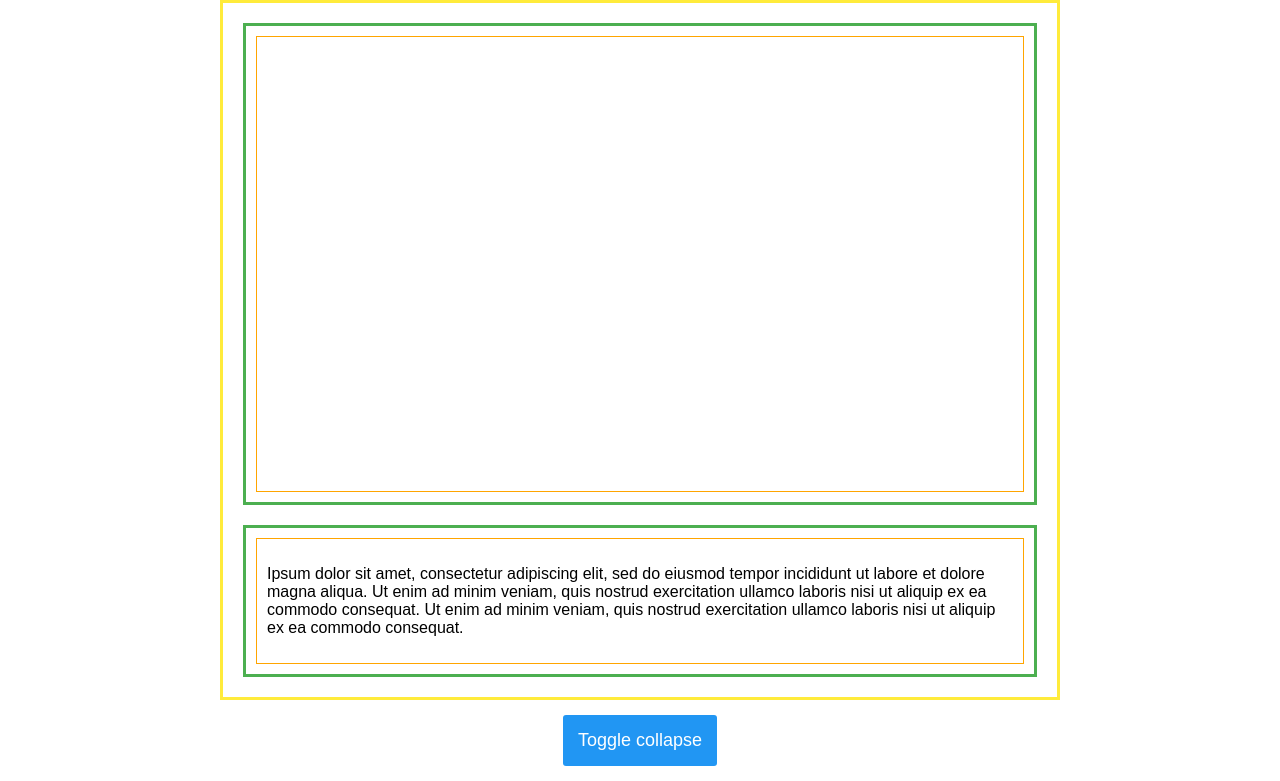
Repository: dsbarnes/groovy-blog
Page: index.html
The author's editor kept a copy of each file at every save. The page is drawn from the files as they stood at one save, then again after the next save.
The browser window is 1280 px wide. The pictures show the whole page.
After loading, the first visible `#toggle-button` was clicked once.
The style sheet was rebuilt from its Sass, Less or Tailwind sources for each picture, by a compiler version that may differ from the author's.

Above is the page before, as saved 2020-05-09 13:01:14.

### index.html
<!DOCTYPE html>
<html lang="en">

<head>
    <meta charset="UTF-8">
    <meta name="viewport" content="width=device-width, initial-scale=1.0">
    <title>Document</title>
    <link rel="stylesheet" href="./CSS/style.css">
</head>

<body>

    <div class="container">
        <!-- Section one -->
        <div class="section-one">
            <div class='double-border'>

                <div id='about-section-text'>
                    <p>This is the about section</p>
                </div>

                <div id='articles-section-text'></div>

            </div>
        </div>

        <!-- Section two -->
        <div class="section-two collapsible">
            <div class='double-border collapsible'>
                <p>Lorem ipsum dolor sit amet, consectetur adipiscing elit, sed do eiusmod tempor incididunt ut labore
                    et
                    dolore
                    magna aliqua.</p>
            </div>
        </div>

        <!-- Section three -->
        <div class="section-three">
            <div class="double-border">
                <p>Ipsum dolor sit amet, consectetur adipiscing elit, sed do eiusmod tempor incididunt ut labore et
                    dolore
                    magna
                    aliqua. Ut enim ad minim veniam, quis nostrud exercitation ullamco laboris nisi ut aliquip ex ea
                    commodo
                    consequat. Ut enim ad minim veniam, quis nostrud exercitation ullamco laboris nisi ut aliquip ex ea
                    commodo
                    consequat.</p>
            </div>
        </div>

    </div><!-- container -->

    <button id="toggle-button">Toggle collapse</button>

    <script type=module src="index.js"></script>
</body>

</html>

### index.js
import articles from './components/articles.js'
import repos from './components/repos.js'

import articlesData from './siteData/articles.js'
import backendData from './siteData/backEnd.js'
import frontendData from './siteData/frontEnd.js'
import fullstackData from './siteData/fullStack.js'

document.querySelector('#toggle-button')
    .addEventListener('click',
        function () {

            const aboutText = document.getElementById('about-section-text')
            aboutText.style.display = 'none'

            const sectionTextArea = document.getElementById('articles-section-text')

            console.log(frontendData)
            for (const key in Object.keys(frontendData)) {
                const element = document.createElement('p')
                element.classList.add('fade-in')
                element.innerHTML = frontendData[key]
                sectionTextArea.appendChild(element)
            }

            // Add overflow: scroll
            document.querySelector('.section-one')
                .classList.toggle('collapsed')

            // Shrinks and fades out the middle box
            document.querySelector('.section-two.collapsible')
                .classList.toggle('collapsed');

            // document.querySelector('.double-border.collapsible')
            //     .classList.toggle('collapsed')
        });

### components/articles.js
function modules(arr) {
    console.log('modules works')
}

export default modules

### components/repos.js
function repos(arr) {

    const root = document.getElementById('articles-section-text')

    for (const element of arr) {
        const keys = Object.keys(element)
        for (const key in keys) {
            const pTag = document.createElement('p')
            pTag.classList.add('fade-in')
            pTag.innerHTML = element[key]
            root.appendChild(pTag)
        }
    }
}

export default repos

### siteData/articles.js
const articleData = [
    {
        "Title": "Article Project One",
        "Link": "blah.com",
        "Date": "date-posted",
        "Short": "fjdklsafjdlks;fajsdl;f"
    },
    {
        "Title": "Article Project Two",
        "Link": "blah.com",
        "Date": "date-posted",
        "Short": "fjdklsafjdlks;fajsdl;f"
    },
    {
        "Title": "Article Project Three",
        "Link": "blah.com",
        "Date": "date-posted",
        "Short": "fjdklsafjdlks;fajsdl;f"
    },
    {
        "Title": "Article Project Four",
        "Link": "blah.com",
        "Date": "date-posted",
        "Short": "fjdklsafjdlks;fajsdl;f"
    },
    {
        "Title": "Article Project Five",
        "Link": "blah.com",
        "Date": "date-posted",
        "Short": "fjdklsafjdlks;fajsdl;f"
    }
]

export default articleData

### siteData/backEnd.js
const backendData = [
    {
        "Repo": "Back End Project One",
        "RepoLink": "blah.com",
        "Description": "README.md"
    },
    {
        "Repo": "Back End Project Two",
        "RepoLink": "blah.com",
        "Description": "README.md"
    },
    {
        "Repo": "Back End Project Three",
        "RepoLink": "blah.com",
        "Description": "README.md"
    },
    {
        "Repo": "Back End Project Four",
        "RepoLink": "blah.com",
        "Description": "README.md"
    },
    {
        "Repo": "Back End Project Five",
        "RepoLink": "blah.com",
        "Description": "README.md"
    }
]

export default backendData

### siteData/frontEnd.js
const frontendData = [
    {
        "Repo": "Front End Project One",
        "RepoLink": "blah.com",
        "DemoLink": "demo link",
        "Description": "README.md"
    },
    {
        "Repo": "Front End Project Two",
        "RepoLink": "blah.com",
        "DemoLink": "demo link",
        "Description": "README.md"
    },
    {
        "Repo": "Front End Project Three",
        "RepoLink": "blah.com",
        "DemoLink": "demo link",
        "Description": "README.md"
    },
    {
        "Repo": "Front End Project Four",
        "RepoLink": "blah.com",
        "DemoLink": "demo link",
        "Description": "README.md"
    },
    {
        "Repo": "Front End Project Five",
        "RepoLink": "blah.com",
        "DemoLink": "demo link",
        "Description": "README.md"
    }
]

export default frontendData

### siteData/fullStack.js
const fullstackData = [
    {
        "Repo": "Full Stack Project One",
        "RepoLink": "blah.com",
        "Description": "README.md"
    },
    {
        "Repo": "Full Stack Project Two",
        "RepoLink": "blah.com",
        "Description": "README.md"
    },
    {
        "Repo": "Full Stack Project Three",
        "RepoLink": "blah.com",
        "Description": "README.md"
    },
    {
        "Repo": "Full Stack Project Four",
        "RepoLink": "blah.com",
        "Description": "README.md"
    },
    {
        "Repo": "Full Stack Project Five",
        "RepoLink": "blah.com",
        "Description": "README.md"
    }
]

export default fullstackData

### style.scss
// This stuff matters!
.container {
  display:flex;
  flex-direction:column;
  justify-content:flex-start;

  // sadly, we're required to set at least the container height explicitly
  height:700px;
}

.section-one {
  flex:2;
  border:3px solid #4CAF50;
  margin: 10px;
  padding: 10px;
  overflow: hidden;
}
#articles-section-text{
  opacity: 0;
  transition: all, 0.6s ease;
}
#article-section-text.fade-in{
  opacity: 1;
}

.section-one.collapsed{
   overflow: hidden;
  .double-border{ overflow: scroll; }
}

.section-two {
  // note that we're transitioning flex, not height!
  transition:all 0.4s ease;
  transition-property: flex, border, margin, padding, color;
  border:3px solid #4CAF50;
  flex:1;
  overflow:hidden;
  margin: 10px;
  padding: 10px;
  color: black;
}
.section-two.collapsed {
  flex: 0;
  border: 0px solid white;
  margin: 0 200px;
  padding: 0 400px;
  color: white;
}

.section-three{
  margin: 10px;
  padding: 10px;
  border:3px solid #4CAF50;
}
.double-border{
  border: 1px solid orange;
  height: 100%;
  p{padding: 10px;}
}
.double-border.collapsed {
  border: 1px solid white;
}


// This stuff doesn't matter!
* {
  box-sizing:border-box;
}
body {
  margin:0;
  font-family:arial;
}
.container {
  border: 3px solid #FFEB3B;
  margin:0 auto;
  max-width:840px;
  padding: 10px;
}
button {
  display:block;
  font-size:18px;
  border:none;
  border-radius:3px;
  background:#2196F3;
  color:white;
  margin:15px auto;
  padding:15px;
}

After the next save:
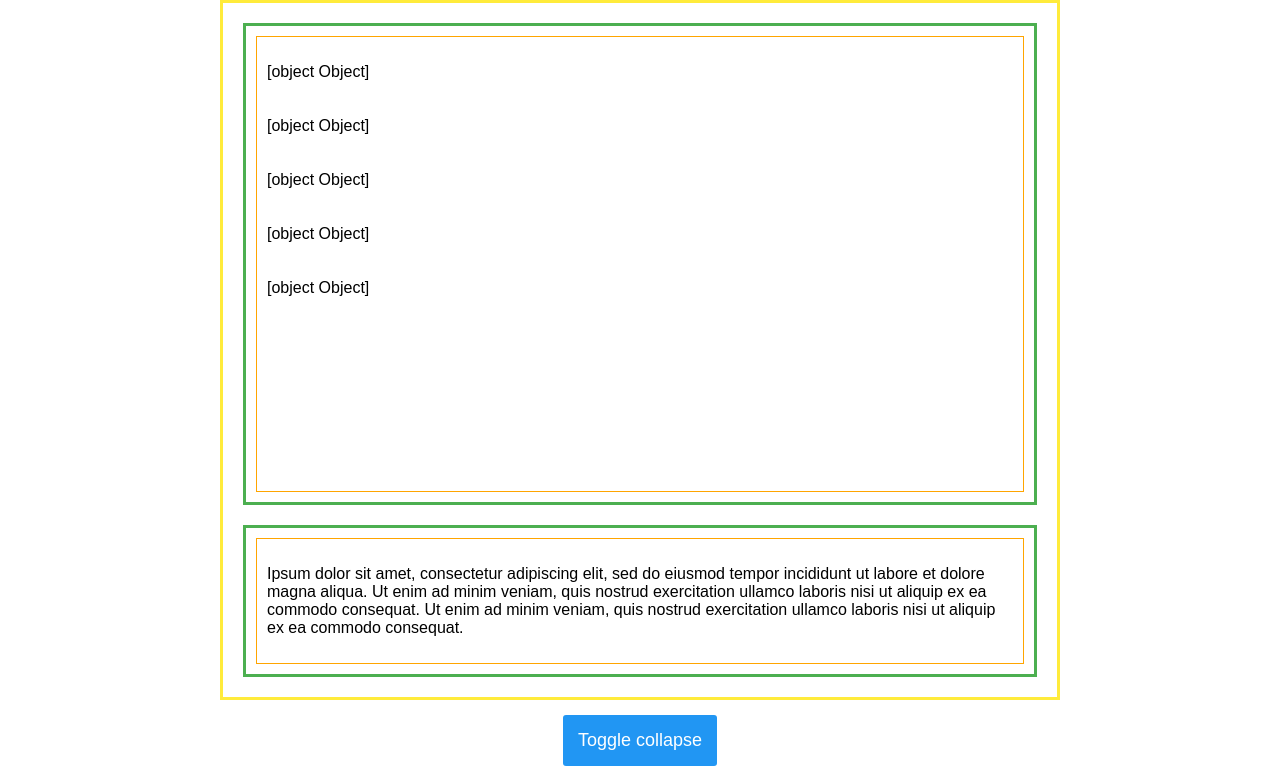
Saved 2 min 55 s later.
--- a/style.scss
+++ b/style.scss
@@ -15,13 +15,13 @@
   padding: 10px;
   overflow: hidden;
 }
-#articles-section-text{
-  opacity: 0;
-  transition: all, 0.6s ease;
-}
-#article-section-text.fade-in{
-  opacity: 1;
-}
+// #articles-section-text{
+//   opacity: 0;
+//   transition: all, 0.6s ease;
+// }
+// #article-section-text.fade-in{
+//   opacity: 1;
+// }
 
 .section-one.collapsed{
    overflow: hidden;

After the 2 saves that followed:
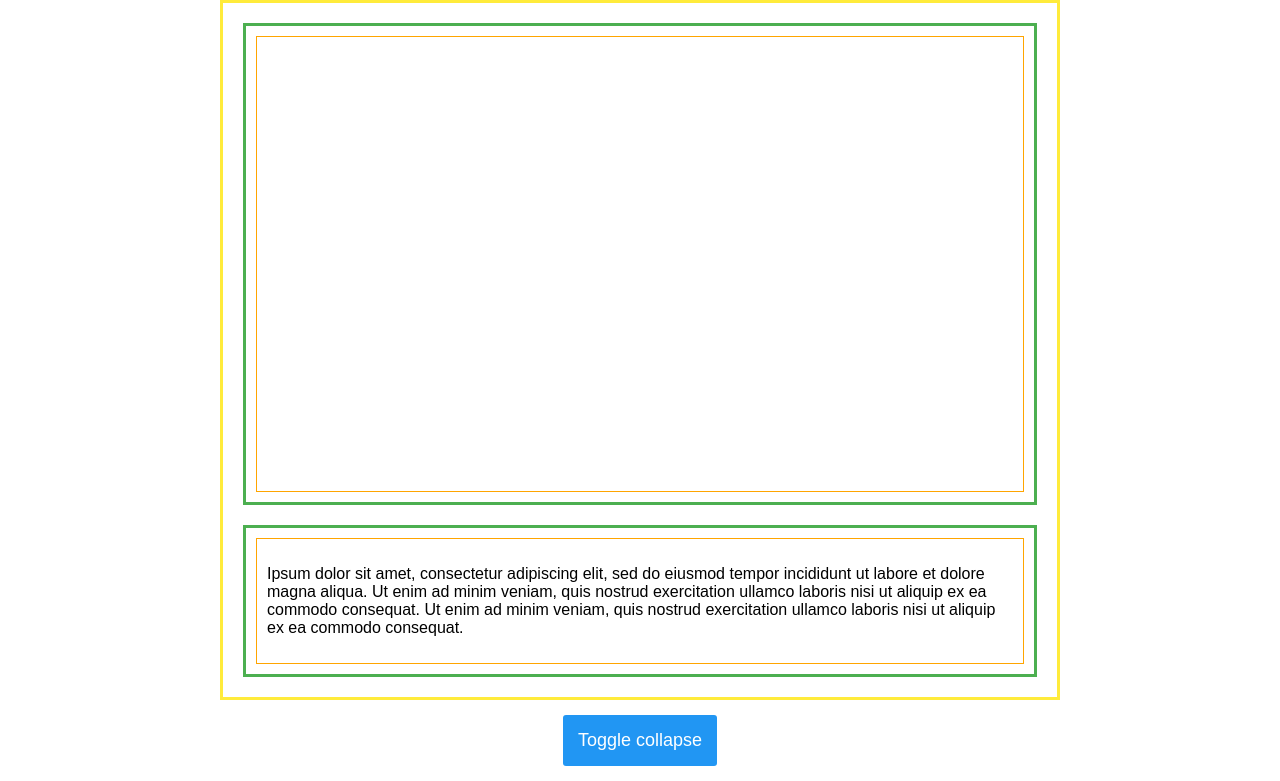
The 2 saves are shown as one change because 1 did not build or start.
The last was saved 61 s later.
--- a/style.scss
+++ b/style.scss
@@ -15,13 +15,13 @@
   padding: 10px;
   overflow: hidden;
 }
-// #articles-section-text{
-//   opacity: 0;
-//   transition: all, 0.6s ease;
-// }
-// #article-section-text.fade-in{
-//   opacity: 1;
-// }
+#articles-section-text{
+  color: white;
+  transition: all, 0.6s ease;
+}
+#article-section-text.fade-in{
+  color: black;
+}
 
 .section-one.collapsed{
    overflow: hidden;
